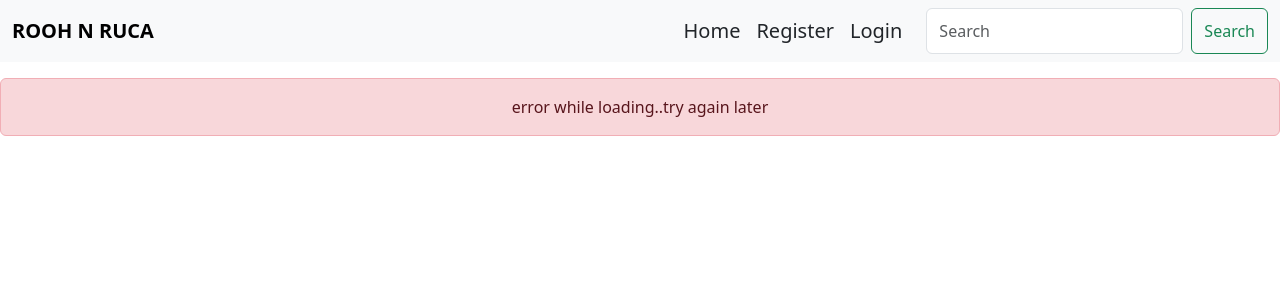
Repository: rishikarajeev/ROOH-N-RUCA
Page: /cartproducts (app in client/)
The author's editor kept a copy of each file at every save. The page is drawn from the files as they stood at one save, then again after the next save.
The browser window is 1280 px wide. The pictures show the whole page.
The page's requests for data from a server got no answer. The project was rebuilt for these pictures with package versions that can differ from the ones it lists, and the page was loaded fresh each time. No one was signed in, and anything a server would have sent is missing. Also part of the build but not shown: client/src/Pages/User/CategoryPage.jsx, client/src/Pages/User/FeaturedProducts.jsx, client/src/Components/Footer/Footer.jsx, client/src/Pages/Home/HomePage.jsx, client/src/Pages/Login/LoginPage.css, client/src/Pages/Login/LoginPage.jsx, client/src/Pages/Register/RegisterPage.css, client/src/Pages/Register/RegisterPage.jsx and 14 more.

Above is the page before, as saved 2023-10-26 17:15:10.

After the next save:
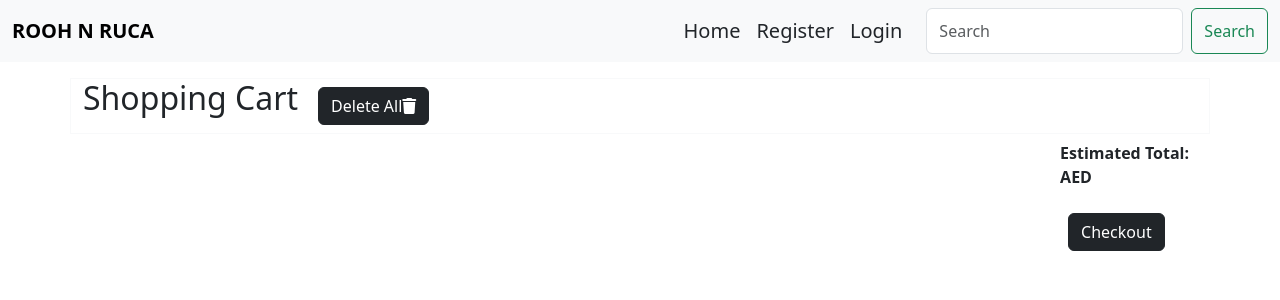
Saved 10 s later.
--- a/client/src/Pages/Cart/CartPage.jsx
+++ b/client/src/Pages/Cart/CartPage.jsx
@@ -45,23 +45,7 @@ function CartPage() {
 
     };
 
-  if (status === "loading") {
-    return <h1 className="text-center">loading..</h1>;
-  }
-  if (status === "error") {
-    return (
-      <Alert className="text-center" key="danger" variant="danger">
-        error while loading..try again later
-      </Alert>
-    );
-  }
-
-  if (status === "fulfilled") {
-    console.log(status);
-    console.log(cartItems);
-    calculateTotal(cartItems);
-
-  }
+
   //remove each cart item calling reducer
   const RemoveCart = (item) => {
     dispatch(RemoveCartProducts(item));
